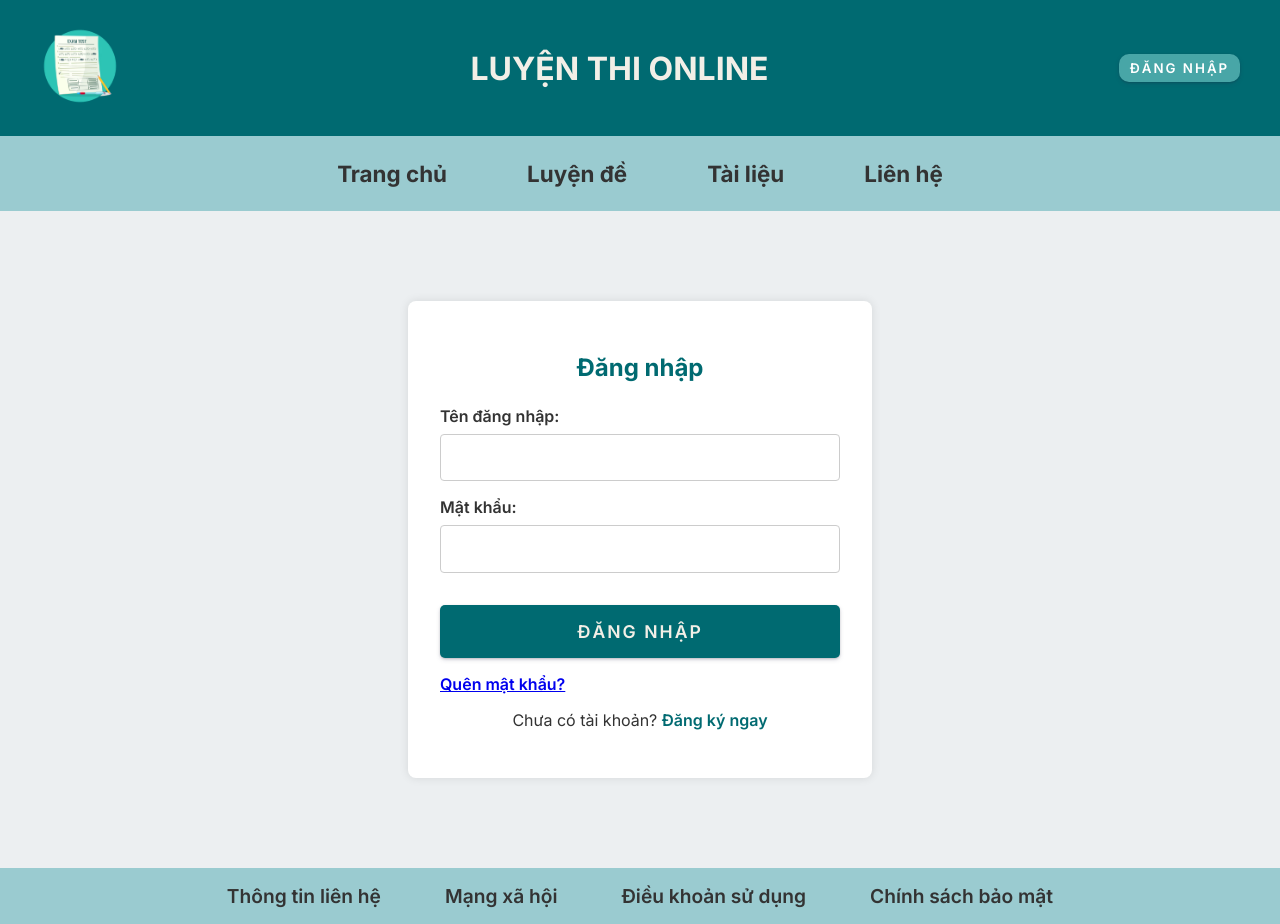
Repository: trgiangday/LapTrinhWeb
Page: http://localhost/login
An editor plug-in stored every save of this project. The page is shown before and after the next save, followed by the edit.
The browser window is 1280 px wide. The pictures show the whole page.
Some web fonts or font styles are not loaded; a fallback is used. The page is served by the project's application, run on Flask 3 (py/main.py).

Above is the page before, as saved 2025-05-15 13:53:17.

After the next save:
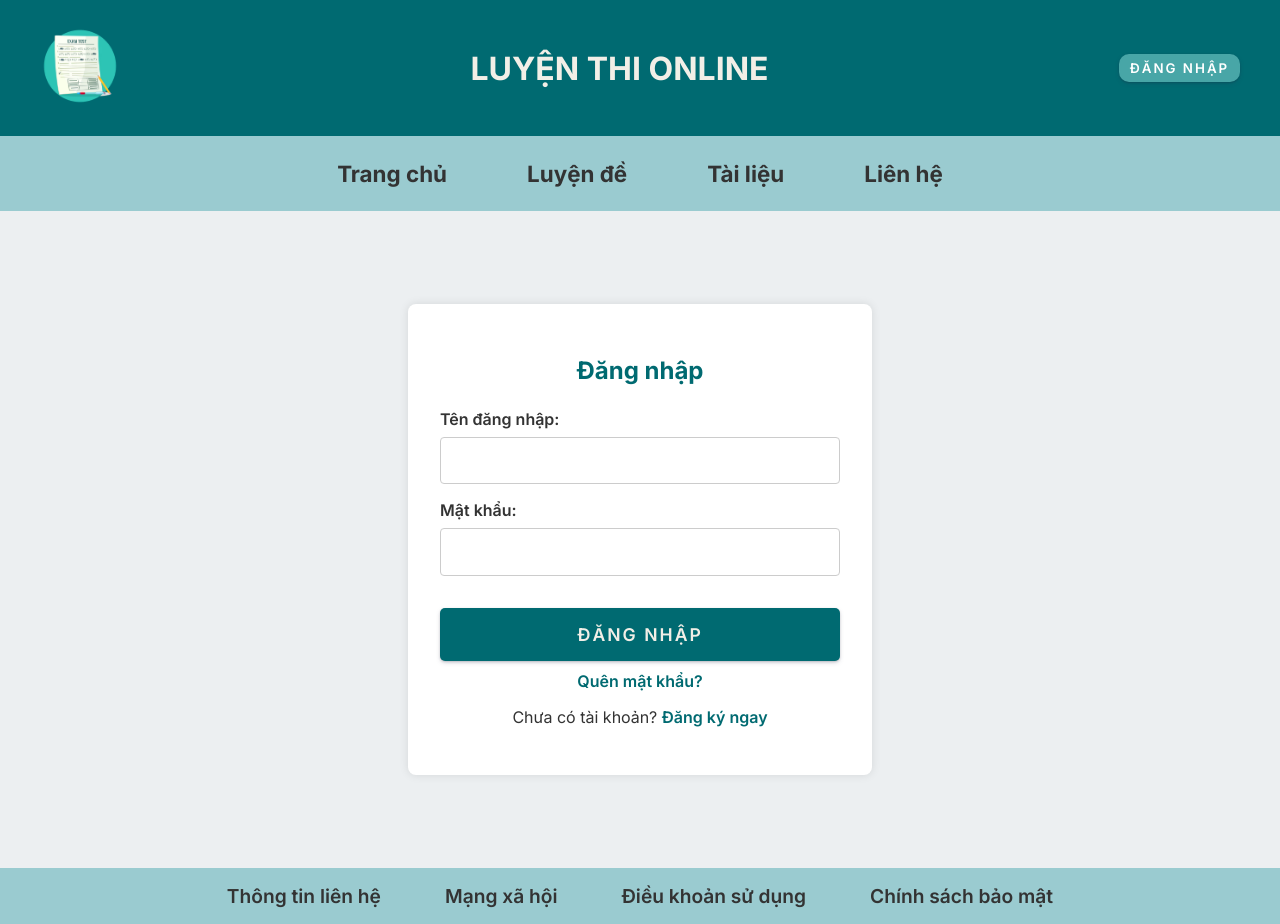
Saved 74 s later.
--- a/static/style.css
+++ b/static/style.css
@@ -341,6 +341,22 @@ body {
     color: #006A71;
 }
 
+/* Thêm phong cách cho dòng Quên mật khẩu */
+.forgot-password-link {
+    text-align: center; /* Căn giữa */
+    margin-top: 10px; /* Khoảng cách phía trên */
+    margin-bottom: 10px; /* Khoảng cách phía dưới */
+    color: #333; /* Màu chữ chính */
+}
+
+.forgot-password-link a {
+    color: #006A71; /* Màu chữ giống Đăng ký ngay */
+    text-decoration: none; /* Bỏ gạch chân */
+}
+
+.forgot-password-link a:hover {
+    text-decoration: underline; /* Hiệu ứng hover giống Đăng ký ngay */
+}
 .signup-form {
     display: flex;
     flex-direction: column;
